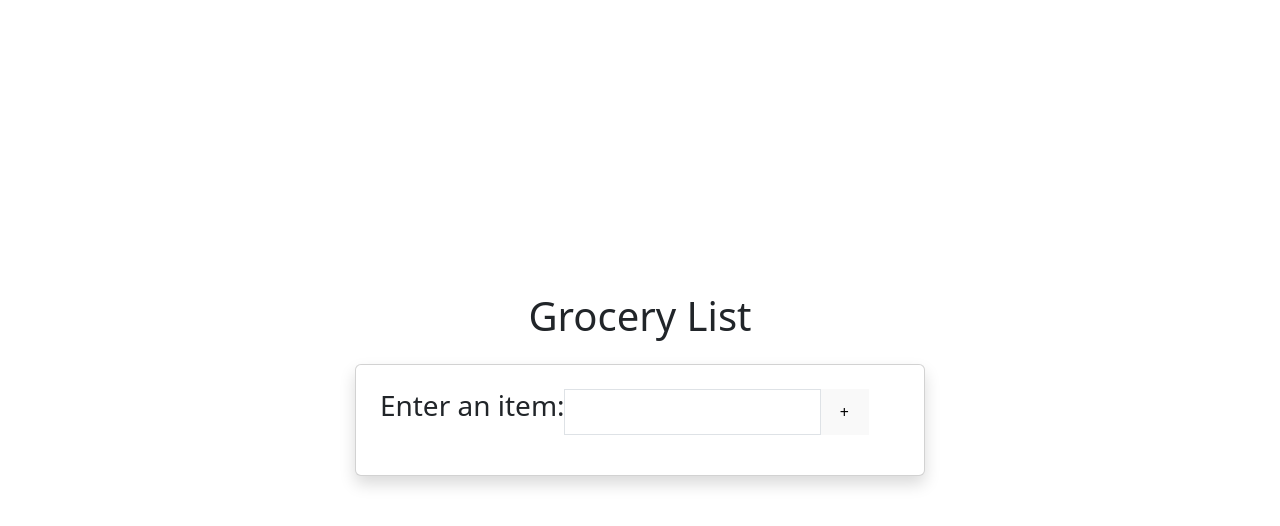
Repository: JuliaW05/CS491
Page: / (app in GroceryList/)
These files come from the project's save history. The page is drawn as it stood at one moment and after the next save; the edit follows.
The browser window is 1280 px wide. The pictures show the whole page.
The project was rebuilt for these pictures with package versions that can differ from the ones it lists, and the page was loaded fresh each time. Also part of the build but not shown: GroceryList/vite.config.js.

Above is the page before, as saved 2026-03-04 23:40:35.

### GroceryList/index.html
<!doctype html>
<html lang="en">
  <head>
    <meta charset="UTF-8" />
    <link rel="icon" type="image/svg+xml" href="/vite.svg" />
    <meta name="viewport" content="width=device-width, initial-scale=1.0" />
    <title>grocery-list</title>
  </head>
  <body>
    <div id="root"></div>
    <script type="module" src="/src/main.jsx"></script>
  </body>
</html>

### GroceryList/src/App.jsx
import { useState } from "react";
import "./App.css";
import "bootstrap/dist/css/bootstrap.min.css";
import GroceryList from "./GroceryList";

function App() {
  return (
    <>
      <div className="container text-center mt-5">
        <h1 className="mb-4">Grocery List</h1>
        <GroceryList></GroceryList>
      </div>
    </>
  );
}

export default App;

### GroceryList/src/GroceryList.jsx
import "./App.css";
import { useState } from "react";

const GroceryList = () => {
  const [list, setList] = useState([]);
  const [item, setItem] = useState("");

  const addItem = () => {
    setList([...list, item]);
    setItem("");
  };

  return (
    <div className="card p-4 shadow">
      <div className="input-group mb-3">
        <h3>Enter an item:</h3>
        <input
          type="text"
          className="form-control" placeholder=""
          value={item}
          onChange={(e) => setItem(e.target.value)}
        />
        <button onClick={addItem}>+</button>

        <ul>
          {" "}
          {list.map((i, index) => (
            <li key={index}>{i}</li>
          ))}
        </ul>
      </div>
    </div>
  );
};

export default GroceryList;

Loaded but not shown: GroceryList/src/main.jsx (common file); GroceryList/src/index.css (common file); GroceryList/src/App.css (common file)

After the next save:
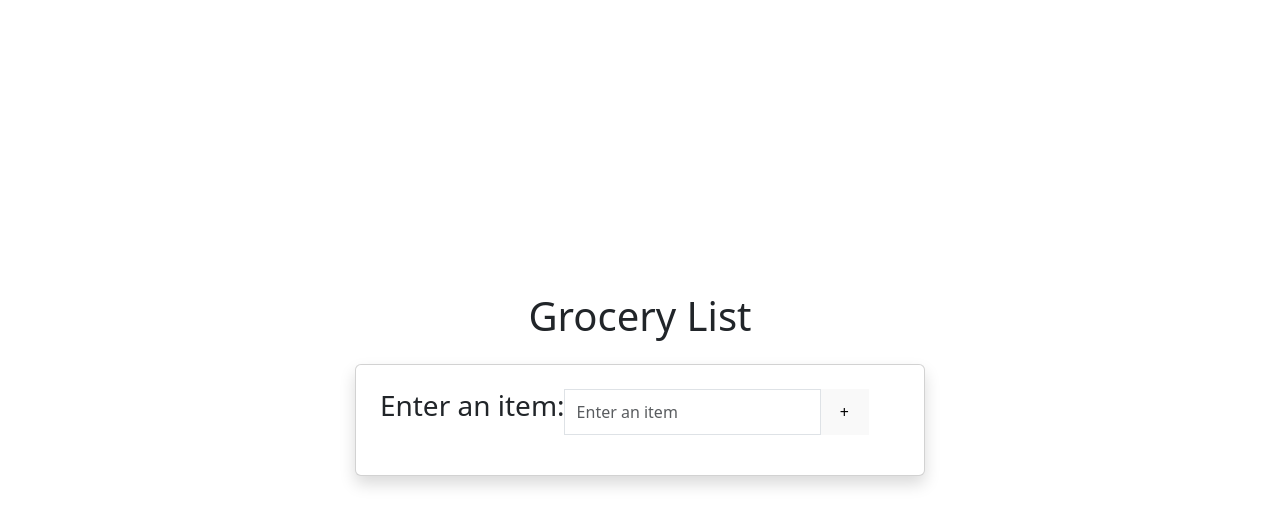
Saved 7 s later.
--- a/GroceryList/src/GroceryList.jsx
+++ b/GroceryList/src/GroceryList.jsx
@@ -16,7 +16,8 @@ const GroceryList = () => {
         <h3>Enter an item:</h3>
         <input
           type="text"
-          className="form-control" placeholder=""
+          className="form-control"
+          placeholder="Enter an item"
           value={item}
           onChange={(e) => setItem(e.target.value)}
         />
